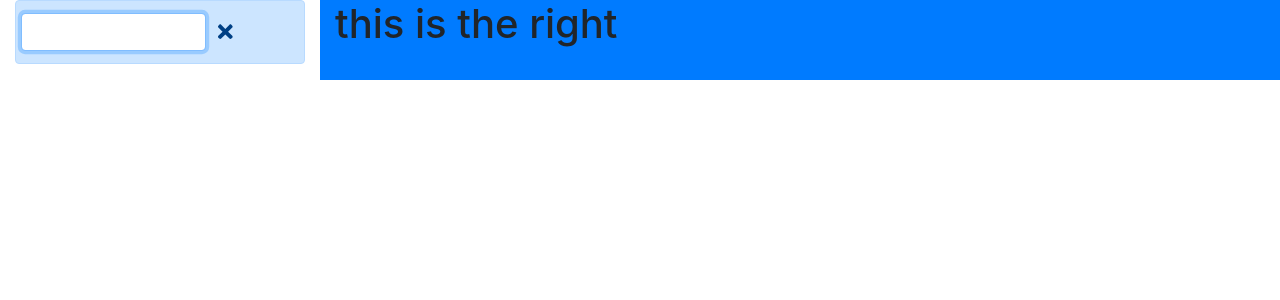
Repository: weijie-he/clould-doc
Page: /, after clicking the first element matching `button.icon-button`
The author's editor kept a copy of each file at every save. The page is drawn from the files as they stood at one save, then again after the next save.
The browser window is 1280 px wide. The pictures show the whole page.
The project was rebuilt for these pictures with package versions that can differ from the ones it lists, and the page was loaded fresh each time.

Above is the page before, as saved 2020-09-30 13:46:18.

### src/App.js
import React from 'react';
import FileSearch from './components/FileSearch';
import './App.css';

function App() {
  return (
    <div className="App container-fluid">
      <div className="row">
        <div className="col-3 left-align">
          <FileSearch
          title={"我的云文档"}
          onFileSearch={(value)=>{console.log(value)}}
          />
        </div>
        <div className="col-9 bg-primary right-align">
          <h1>this is the right</h1>
        </div>
      </div>
    </div>
  );
}

export default App;

### src/components/FileSearch.js
import React, {useState, useEffect, useRef} from "react"
import { Alert, Button} from 'react-bootstrap';
import { FontAwesomeIcon } from '@fortawesome/react-fontawesome'
import { faSearch, faTimes} from '@fortawesome/free-solid-svg-icons'

const FileSearch = ({title , onFileSearch}) => {
    const [inputActive, setInputActive] = useState(false)
    const [value, setValue] = useState("")

    const closeSearch = (event) => {
        event.preventDefault();
        setInputActive(false)
        setValue('')
    }

    let node = useRef(null)

    useEffect(()=>{
        const handleInputEvent = (event) => {
            const {keyCode} = event
            // 按下回车键
            if( keyCode === 13 && inputActive === true){
                onFileSearch(value)
            }
            // 按下esc
            else if( keyCode === 13 && inputActive === true){
                closeSearch(event)
            }
        }

        console.log(node)
        // 添加监听器 keyup 事件在按键被松开时触发。
        document.addEventListener('keyup',handleInputEvent)
        // 如果你的 effect 返回一个函数，React 将会在执行清除操作时调用它。
        return () => {
            document.removeEventListener('keyup',handleInputEvent)
        }
    })

    useEffect(()=>{
        if(inputActive){
            node.current.focus()
        }
    },[inputActive])


    return(
        <Alert variant={'primary'}>
            { !inputActive &&
                <div className="d-flex justify-content-between align-items-center">
                    <span>{title}</span>
                    <Button
                    className={"icon-button"}
                    onClick={()=>setInputActive(true)}>
                    <FontAwesomeIcon
                        title={"搜索"}
                        icon={faSearch}
                        size={"lg"}
                        />
                    </Button>
                </div>
            }
            { inputActive &&
                <div className="row">
                    <input
                        className="form-control col-8"
                        value={value}
                        onChange={(e)=> setValue(e.target.value)}
                        ref={node}
                    />
                    <Button
                        className={"icon-button"}
                        onClick={closeSearch}>
                        <FontAwesomeIcon
                            title={"关闭"}
                            icon={faTimes}
                            size={"lg"}
                        />
                    </Button>
                </div>
            }
        </Alert>
    )
}

export default FileSearch

### src/App.css
.icon-button ,.icon-button:hover{
  background: none;
  border: none;
  color: inherit;
}

Loaded but not shown: public/index.html (common file); src/index.js (common file); src/index.css (common file); src/serviceWorker.js (common file)

After the next save:
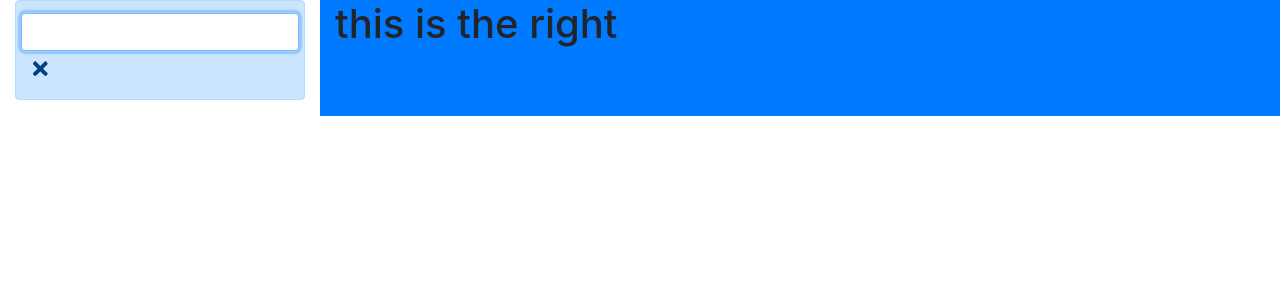
Saved 39 s later.
--- a/src/components/FileSearch.js
+++ b/src/components/FileSearch.js
@@ -63,7 +63,7 @@ const FileSearch = ({title , onFileSearch}) => {
             { inputActive &&
                 <div className="row">
                     <input
-                        className="form-control col-8"
+                        className="form-control"
                         value={value}
                         onChange={(e)=> setValue(e.target.value)}
                         ref={node}
